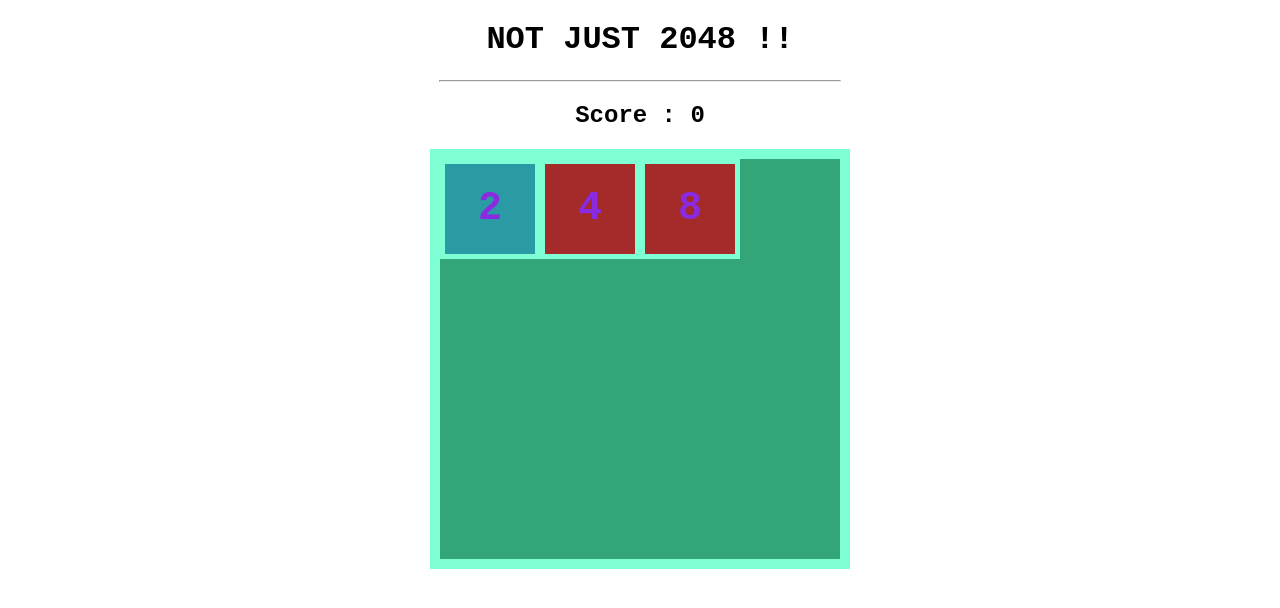
Repository: Prathamyadav1123/2048Game
Page: NotJust2048-main/2048.html
The author's editor kept a copy of each file at every save. The page is drawn from the files as they stood at one save, then again after a run of saves.
The browser window is 1280 px wide. The pictures show the whole page.

Above is the page before, as saved 2023-05-31 19:56:06.

### NotJust2048-main/2048.html
<!DOCTYPE html>
<html>
    <head>
        <title>
            2048 game
        </title>
        <link rel= "stylesheet" href="2048.css"/>
        <script src= "2048.js"></script>
    </head>
    <body>
        <h1> NOT JUST 2048 !! </h1>
        <hr>
        <h2> Score : <span id="score"> 0 </span></h2>
        <div id="board">
            <div class="tile x2">2</div>
            <div class="tile x4">4</div>
            <div class="tile x8">8</div>
        </div>
    </body>
</html>

### NotJust2048-main/2048.css
body{
    font-family: 'Courier New', Courier, monospace;
    text-align: center;
}
hr{
    width: 400px;
}
#board{
    width: 400px;
    height: 400px;
    color: burlywood;
    background-color: rgb(52, 165, 120);
    border: 10px solid aquamarine;
    margin: 0 auto;
    display: flex;
    flex-wrap: wrap;
}
.tile{
    width:90px;
    height:90px;
    border:5px solid aquamarine;
    font-size: 40px;
    font-weight: bold;
    display: flex;
    justify-content: center;
    align-items: center;
}
.x2{
    background-color: rgb(42, 155, 165);
    color:blueviolet;
}
.x4{
    background-color: brown;
    color:blueviolet;
}
.x8{
    background-color: brown;
    color:blueviolet;
}

Loaded but not shown: NotJust2048-main/2048.js (no copy from this time; the picture is the same without it)

After the next 2 saves:
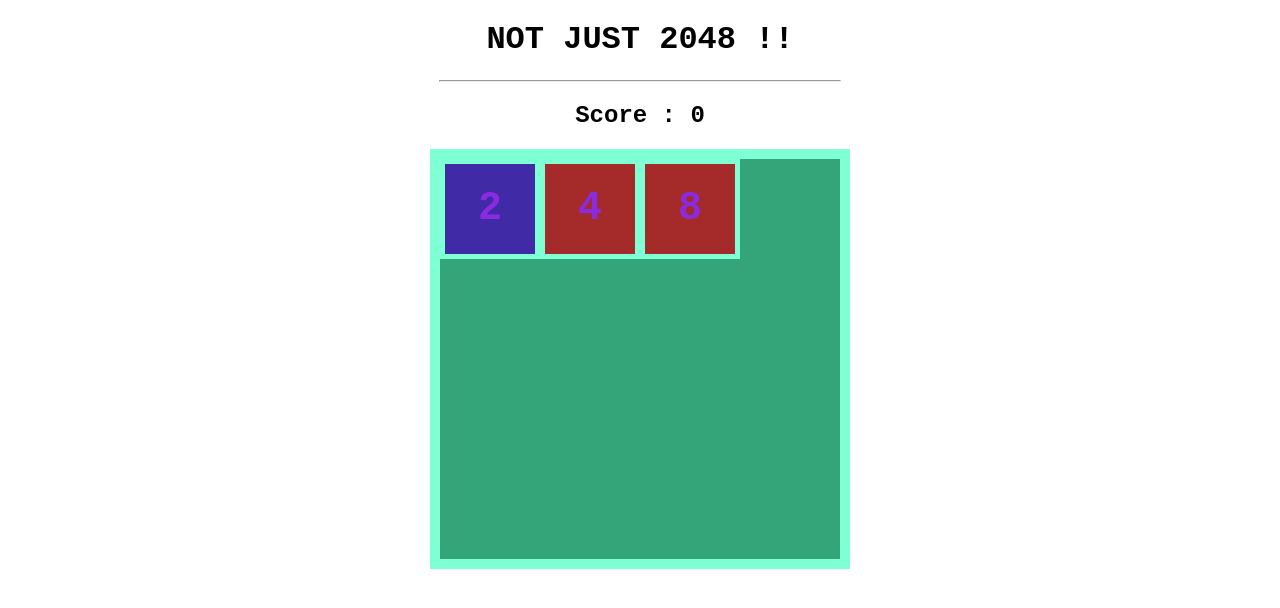
The 2 saves are shown as one change because they came seconds apart.
The last was saved 28 s later.
--- a/NotJust2048-main/2048.css
+++ b/NotJust2048-main/2048.css
@@ -26,7 +26,7 @@ hr{
     align-items: center;
 }
 .x2{
-    background-color: rgb(42, 155, 165);
+    background-color: rgb(65, 42, 165);
     color:blueviolet;
 }
 .x4{
